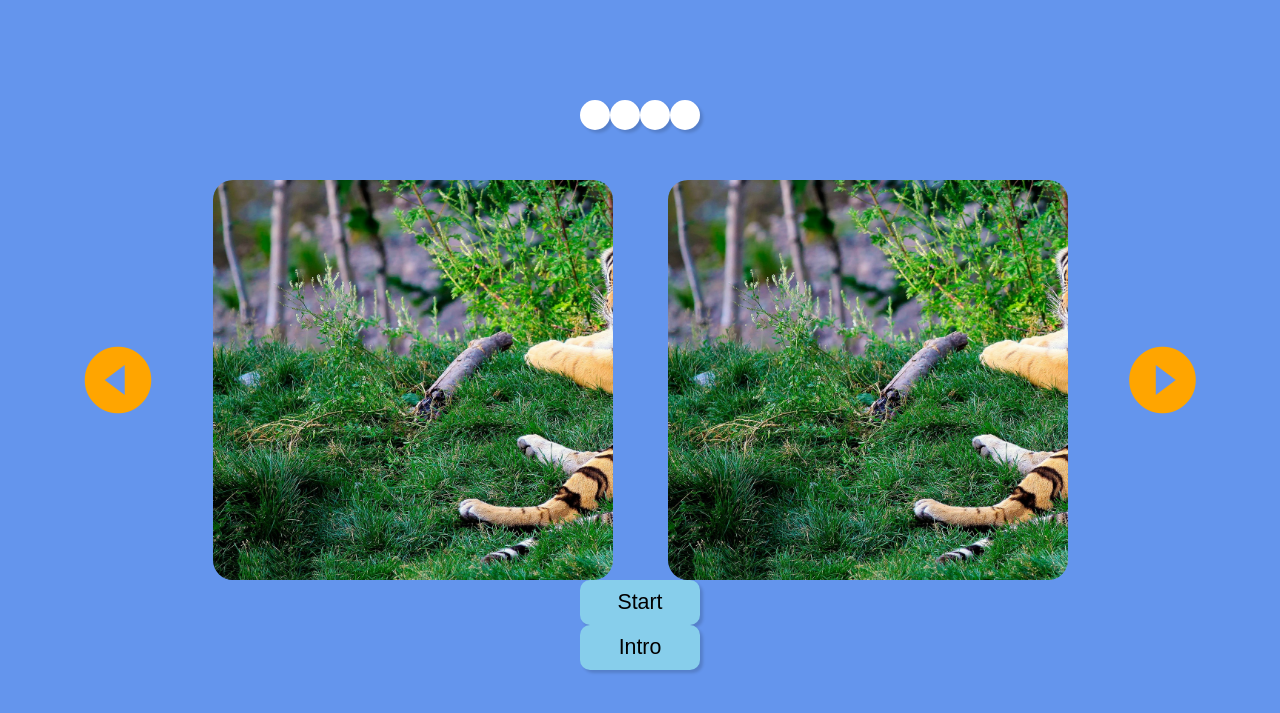
Repository: sylviaah/dynamicmidterm
Page: slider/slider.html
These files come from the project's save history. The page is drawn as it stood at one moment and after the next save; the edit follows.
The browser window is 1280 px wide. The pictures show the whole page.

Above is the page before, as saved 2020-03-13 13:00:32.

After the next save:
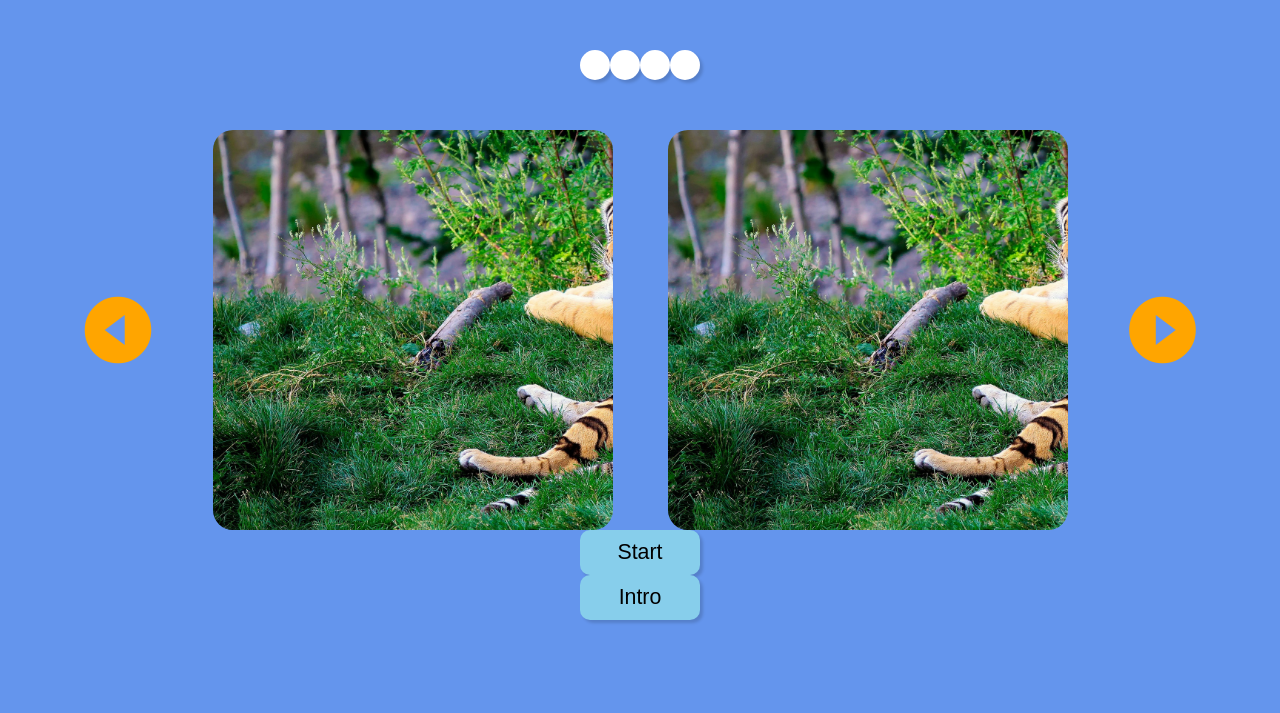
Saved 11 s later.
--- a/slider/slider.css
+++ b/slider/slider.css
@@ -4,7 +4,7 @@ body,html {
 }
 
 .slider{
-    padding: 50px;
+    padding: 0px 50px;
     display: flex;
     flex-direction: column;
     align-items: center;
